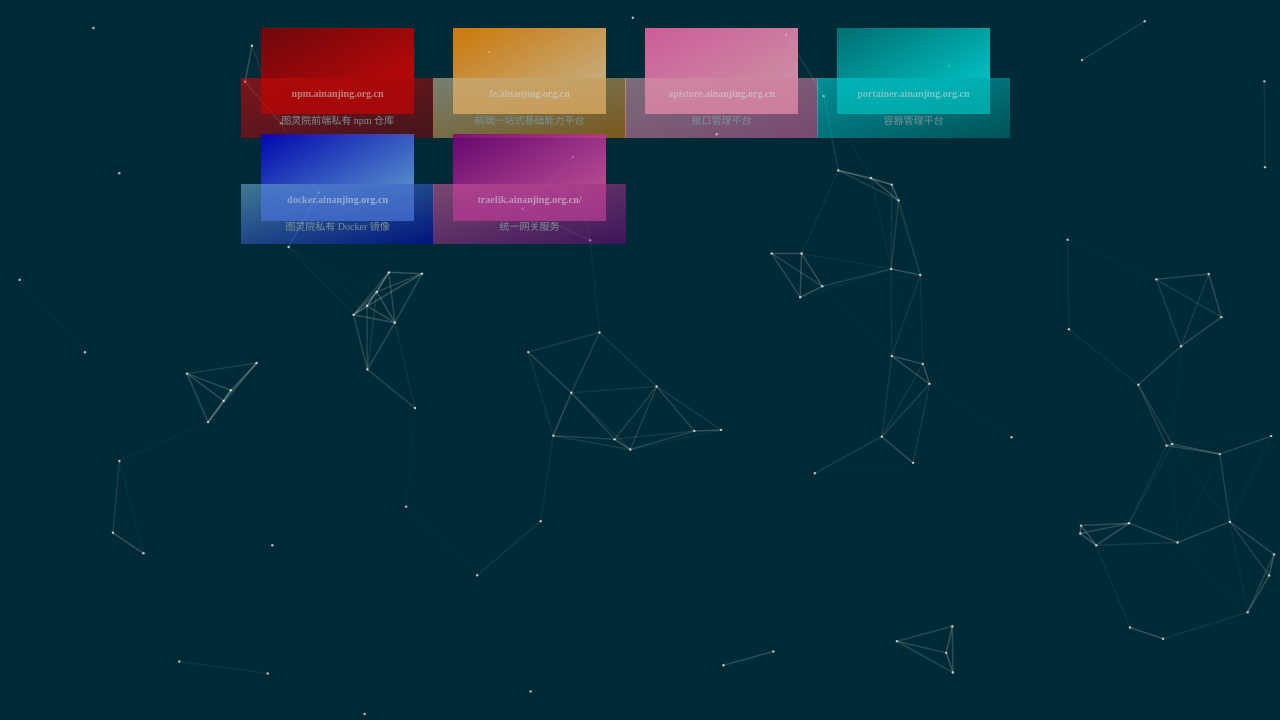
Repository: heweiwei1/portainer
Page: index.html
These files come from the project's save history. The page is drawn as it stood at one moment and after the next save; the edit follows.
The browser window is 1280 px wide. The pictures show the whole page.

Above is the page before, as saved 2021-04-14 13:48:22.

### index.html
<!DOCTYPE html>
<html lang="en">
<head>
  <meta charset="UTF-8">
  <meta http-equiv="X-UA-Compatible" content="IE=edge">
  <meta name="viewport" content="width=device-width, initial-scale=1.0">
  <title>网页</title>
  <link rel="stylesheet" href="index.css">
  <script src="index.js"></script>
</head>
<body>
  <div class="demo">
    <a class="demo1 demo-1" href="https://npm.ainanjing.org.cn/">
        <div class="trans">
          <h4>npm.ainanjing.org.cn</h4>
          <p>图灵院前端私有 npm 仓库</p>
        </div>
    </a>
    <a class="demo1 demo-2" href="https://fe.ainanjing.org.cn" id="pop">
          <div class="trans">
            <h4>fe.ainanjing.org.cn</h4>
            <p>前端一站式基础能力平台</p>
          </div>
    </a>
    <a class="demo1 demo-3" href="https://apistore.ainanjing.org.cn">
        <div class="trans">
          <h4>apistore.ainanjing.org.cn</h4>
          <p>接口管理平台</p>
        </div>
    </a>
    <a class="demo1 demo-4" href="https://portainer.ainanjing.org.cn">
        <div class="trans">
          <h4>portainer.ainanjing.org.cn</h4>
          <p>容器管理平台</p>
        </div>
    </a>
    <a class="demo1 demo-5" href="https://docker.ainanjing.org.cn">
        <div class="trans">
          <h4>docker.ainanjing.org.cn</h4>
          <p>图灵院私有 Docker 镜像</p>
        </div>
    </a>
    <a class="demo1 demo-6" href="https://traefik.ainanjing.org.cn/">
        <div class="trans">
          <h4>traefik.ainanjing.org.cn/</h4>
          <p>统一网关服务</p>
        </div>
    </a>
  </div>
</body>
</html>

### index.css
a {
  text-decoration: none;
  color: #000;
}
.demo {
  width: 60%;
  margin: auto;
  display: flex;
  flex-flow: row wrap;
  position: relative;
}

.demo a {
  position: relative;
  display: flex;
  flex-direction: column;
  align-items: center;
  width: 12vw;
  height: 6.75vw;
  margin-top: 20px;
  font-size: 10px;
}
.demo a:not(:nth-child(4n)){
  margin-right: 3vw;
}
.trans {
  position:absolute;
  top: 49.8px;
  width: 12vw;
  padding: 30px 20px;
  display: flex;
  justify-content: center;
  opacity: 0.6;
}
.demo1:hover .trans{
  opacity: 1;
}
.demo1 {
  opacity: 0.8;
}
.trans p{
  position: absolute;
  top: 24px;
  color: #fff;
}
.trans h4{
  position: absolute;
  top: -3px;
  color: #fff;
}
.demo-1 {
  background-image: linear-gradient(to bottom right,#8b0000,#ff0000);

}
.demo-1 .trans{
  background-image: linear-gradient(to top left,#8b0000,#ff0000);
}
.demo-2 {
  background-image: linear-gradient(to bottom right,#ff8c00,#f5deb3);
}
.demo-2 .trans{
  background-image: linear-gradient(to top left,#ff8c00,#f5deb3);
}
.demo-3 {
  background-image: linear-gradient(to bottom right,#ff69b4,#ffb6c1);
}
.demo-3 .trans{
  background-image: linear-gradient(to top left,#ff69b4,#ffb6c1);
}
.demo-4 {
  background-image: linear-gradient(to bottom right,#008080,#00ffff);
}
.demo-4 .trans{
  background-image: linear-gradient(to top left,#008080,#00ffff);
}
.demo-5 {
  background-image: linear-gradient(to bottom right,#0000cd,#87cefa);
}
.demo-5 .trans{
  background-image: linear-gradient(to top left,#0000cd,#87cefa);
}
.demo-6 {
  background-image: linear-gradient(to bottom right,#800080,#ff69b4);
}
.demo-6 .trans{
  background-image: linear-gradient(to top left,#800080,#ff69b4);
}

### index.js
window.onload = function(){
  var pop = document.getElementById("pop");
  pop.onclick = function(){
    alert("暂未启用");
    return false;
  }
  // 可调参数
var BACKGROUND_COLOR = "rgba(0,43,54,1)";   // 背景色
var POINT_NUM = 99;                         // 屏幕上点的数目
var POINT_COLOR = "rgba(255,255,255,0.7)";  // 点的颜色
var LINE_LENGTH = 10000;                    // 点之间连线长度(的平方)

// 创建背景画布
var cvs = document.createElement("canvas");
cvs.width = window.innerWidth;
cvs.height = window.innerHeight;
cvs.style.cssText = "\
    position:fixed;\
    top:0px;\
    left:0px;\
    z-index:-1;\
    opacity:1.0;\
    ";
document.body.appendChild(cvs);

var ctx = cvs.getContext("2d");

var startTime = new Date().getTime();

//随机数函数
function randomInt(min, max) {
    return Math.floor((max - min + 1) * Math.random() + min);
}

function randomFloat(min, max) {
    return (max - min) * Math.random() + min;
}

//构造点类
function Point() {
    this.x = randomFloat(0, cvs.width);
    this.y = randomFloat(0, cvs.height);

    var speed = randomFloat(0.3, 1.4);
    var angle = randomFloat(0, 2 * Math.PI);

    this.dx = Math.sin(angle) * speed;
    this.dy = Math.cos(angle) * speed;

    this.r = 1.2;

    this.color = POINT_COLOR;
}

Point.prototype.move = function () {
    this.x += this.dx;
    if (this.x < 0) {
        this.x = 0;
        this.dx = -this.dx;
    } else if (this.x > cvs.width) {
        this.x = cvs.width;
        this.dx = -this.dx;
    }
    this.y += this.dy;
    if (this.y < 0) {
        this.y = 0;
        this.dy = -this.dy;
    } else if (this.y > cvs.height) {
        this.y = cvs.height;
        this.dy = -this.dy;
    }
}

Point.prototype.draw = function () {
    ctx.fillStyle = this.color;
    ctx.beginPath();
    ctx.arc(this.x, this.y, this.r, 0, Math.PI * 2);
    ctx.closePath();
    ctx.fill();
}

var points = [];

function initPoints(num) {
    for (var i = 0; i < num; ++i) {
        points.push(new Point());
    }
}

var p0 = new Point(); //鼠标
p0.dx = p0.dy = 0;
var degree = 2.5;
document.onmousemove = function (ev) {
    p0.x = ev.clientX;
    p0.y = ev.clientY;
}
document.onmousedown = function (ev) {
    degree = 5.0;
    p0.x = ev.clientX;
    p0.y = ev.clientY;
}
document.onmouseup = function (ev) {
    degree = 2.5;
    p0.x = ev.clientX;
    p0.y = ev.clientY;
}
window.onmouseout = function () {
    p0.x = null;
    p0.y = null;
}

function drawLine(p1, p2, deg) {
    var dx = p1.x - p2.x;
    var dy = p1.y - p2.y;
    var dis2 = dx * dx + dy * dy;
    if (dis2 < 2 * LINE_LENGTH) {
        if (dis2 > LINE_LENGTH) {
            if (p1 === p0) {
                p2.x += dx * 0.03;
                p2.y += dy * 0.03;
            } else return;
        }
        var t = (1.05 - dis2 / LINE_LENGTH) * 0.2 * deg;
        ctx.strokeStyle = "rgba(255,255,255," + t + ")";
        ctx.beginPath();
        ctx.lineWidth = 1.5;
        ctx.moveTo(p1.x, p1.y);
        ctx.lineTo(p2.x, p2.y);
        ctx.closePath();
        ctx.stroke();
    }
    return;
}

//绘制每一帧
function drawFrame() {
    cvs.width = window.innerWidth;
    cvs.height = window.innerHeight;
    ctx.fillStyle = BACKGROUND_COLOR;
    ctx.fillRect(0, 0, cvs.width, cvs.height);

    var arr = (p0.x == null ? points : [p0].concat(points));
    for (var i = 0; i < arr.length; ++i) {
        for (var j = i + 1; j < arr.length; ++j) {
            drawLine(arr[i], arr[j], 1.0);
        }
        arr[i].draw();
        arr[i].move();
    }

    window.requestAnimationFrame(drawFrame);
}

  initPoints(POINT_NUM);
  drawFrame();
}

After the next save:
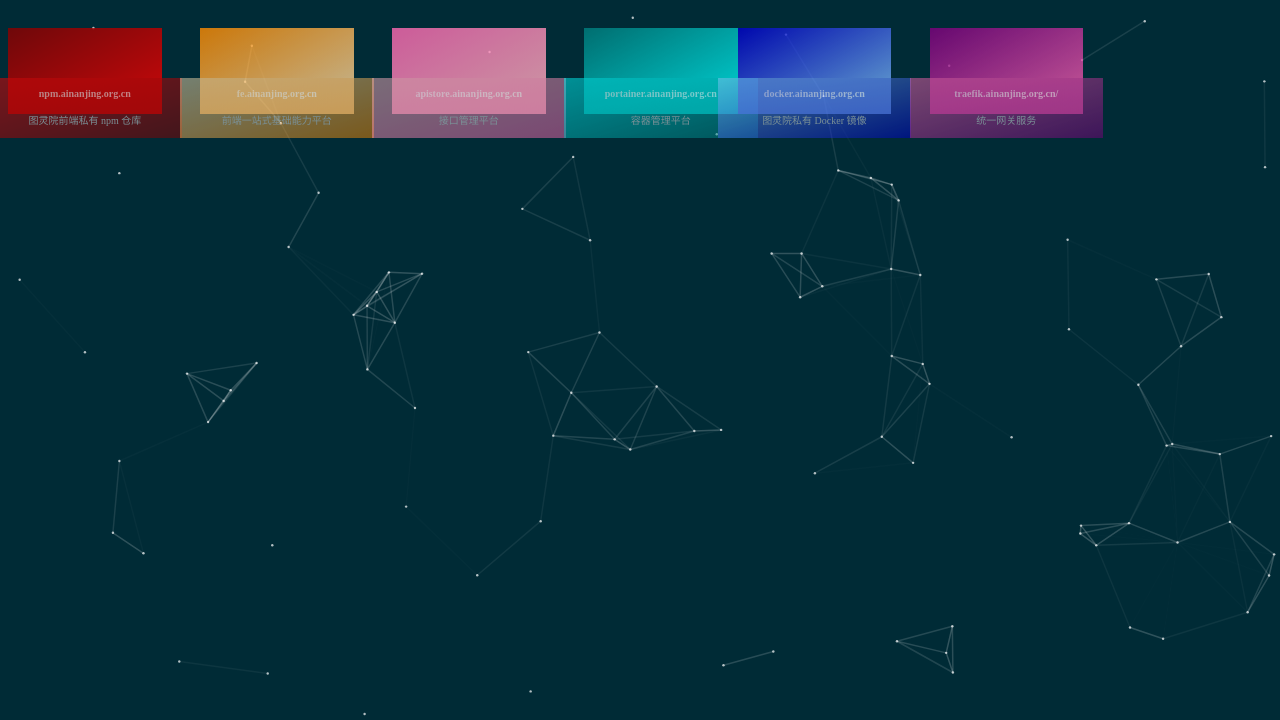
Saved 61 s later.
--- a/index.css
+++ b/index.css
@@ -3,7 +3,7 @@
   color: #000;
 }
 .demo {
-  width: 60%;
+  /* width: 60%; */
   margin: auto;
   display: flex;
   flex-flow: row wrap;

After the save that followed:
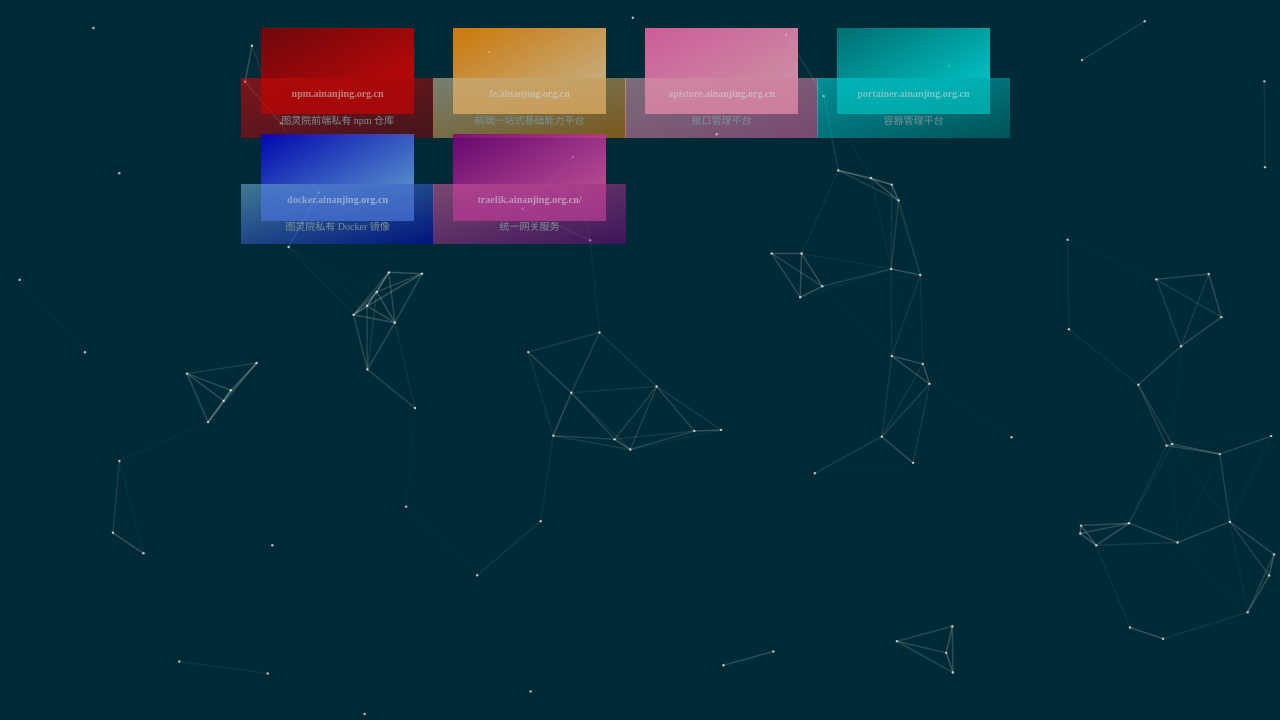
Saved 10 s later.
--- a/index.css
+++ b/index.css
@@ -3,7 +3,7 @@
   color: #000;
 }
 .demo {
-  /* width: 60%; */
+  width: 60%;
   margin: auto;
   display: flex;
   flex-flow: row wrap;
